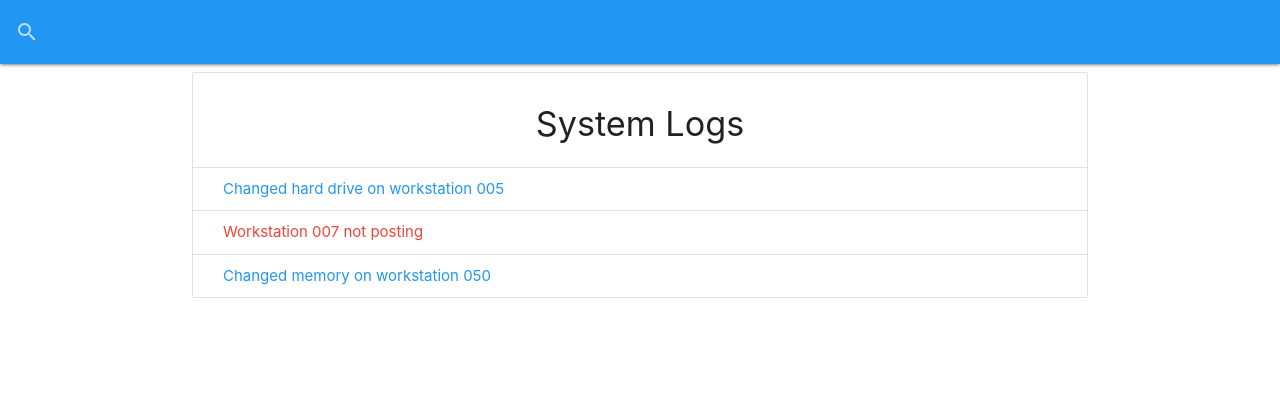
Repository: Ajtheult/IT-Logger
Page: /
These files come from the project's save history. The page is drawn as it stood at one moment and after the next save; the edit follows.
The browser window is 1280 px wide. The pictures show the whole page.
The project was rebuilt for these pictures with package versions that can differ from the ones it lists, and the page was loaded fresh each time. Requests to the local data server were answered from the project's data file. Also part of the build but not shown: src/App.css.

Above is the page before, as saved 2020-06-23 16:25:43.

After the next save:
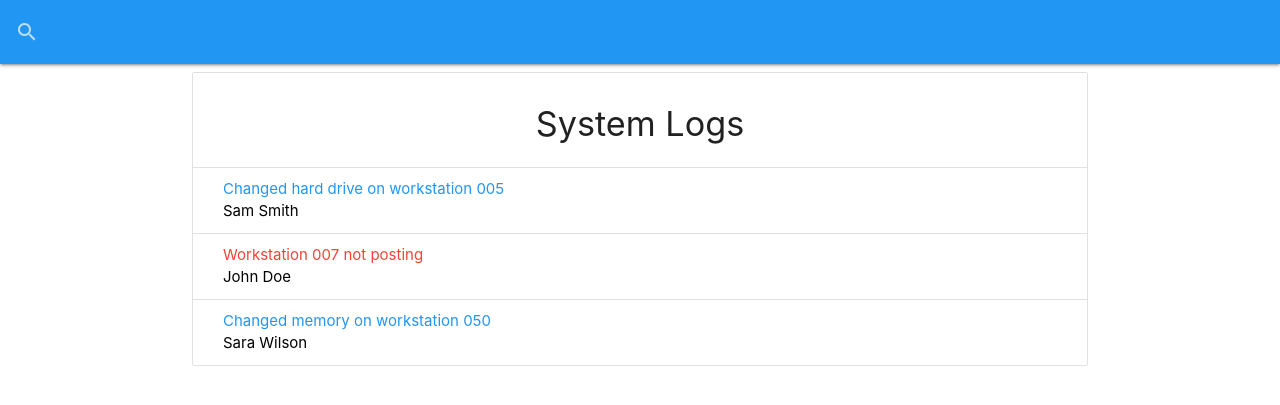
Saved 3 min 15 s later.
--- a/src/components/logs/LogItem.js
+++ b/src/components/logs/LogItem.js
@@ -1,5 +1,6 @@
 /* eslint-disable jsx-a11y/anchor-is-valid */
-import React from "react";
+import React from "react-moment";
+import Moment from "";
 import PropTypes from "prop-types";
 
 const LogItem = ({ log }) => {
@@ -14,6 +15,10 @@ const LogItem = ({ log }) => {
         >
           {log.message}
         </a>
+        <br />
+        <span className="grey-text">
+          <span className="black-text">{log.tech}</span>
+        </span>
       </div>
     </li>
   );
